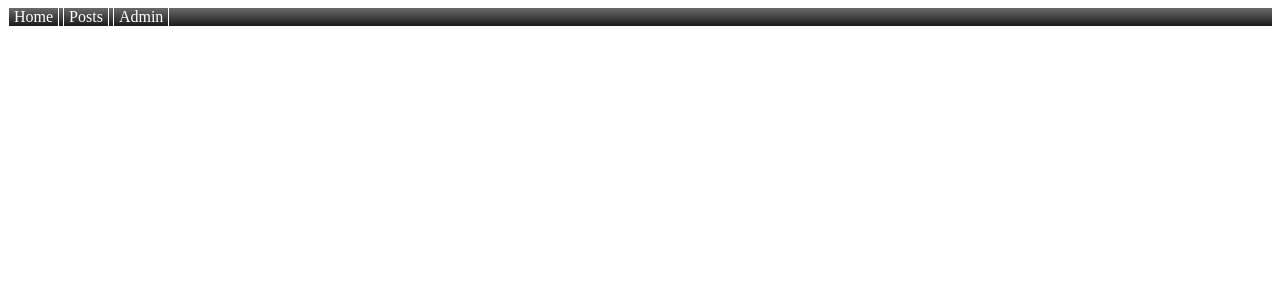
Repository: JesseFo/Whitespace
Page: whitespace/WebContent/WEB-INF/login.html
These files come from the project's save history. The page is drawn as it stood at one moment and after the next save; the edit follows.
The browser window is 1280 px wide. The pictures show the whole page.

Above is the page before, as saved 2015-10-15 06:52:44.

After the next save:
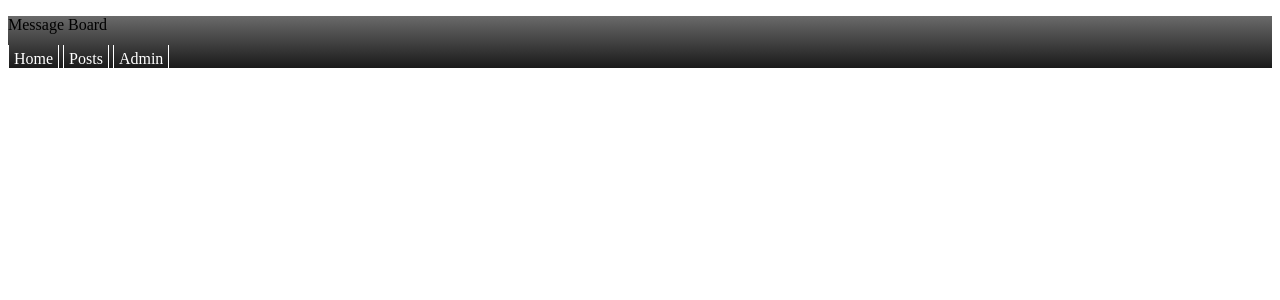
Saved 39 s later.
--- a/whitespace/WebContent/WEB-INF/login.html
+++ b/whitespace/WebContent/WEB-INF/login.html
@@ -10,6 +10,7 @@
 	<body>
 		<div id="wrapper">
 			<nav>
+				<p>Message Board</p>
 				<a href="#">Home</a>
 				<a href="posts.html">Posts</a>
 				<a href="#">Admin</a>

After the save that followed:
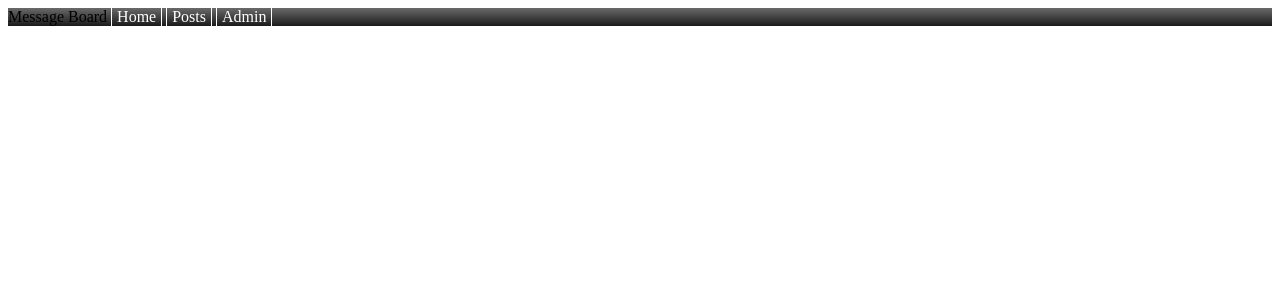
Saved 24 s later.
--- a/whitespace/WebContent/WEB-INF/login.html
+++ b/whitespace/WebContent/WEB-INF/login.html
@@ -10,7 +10,7 @@
 	<body>
 		<div id="wrapper">
 			<nav>
-				<p>Message Board</p>
+				Message Board
 				<a href="#">Home</a>
 				<a href="posts.html">Posts</a>
 				<a href="#">Admin</a>
